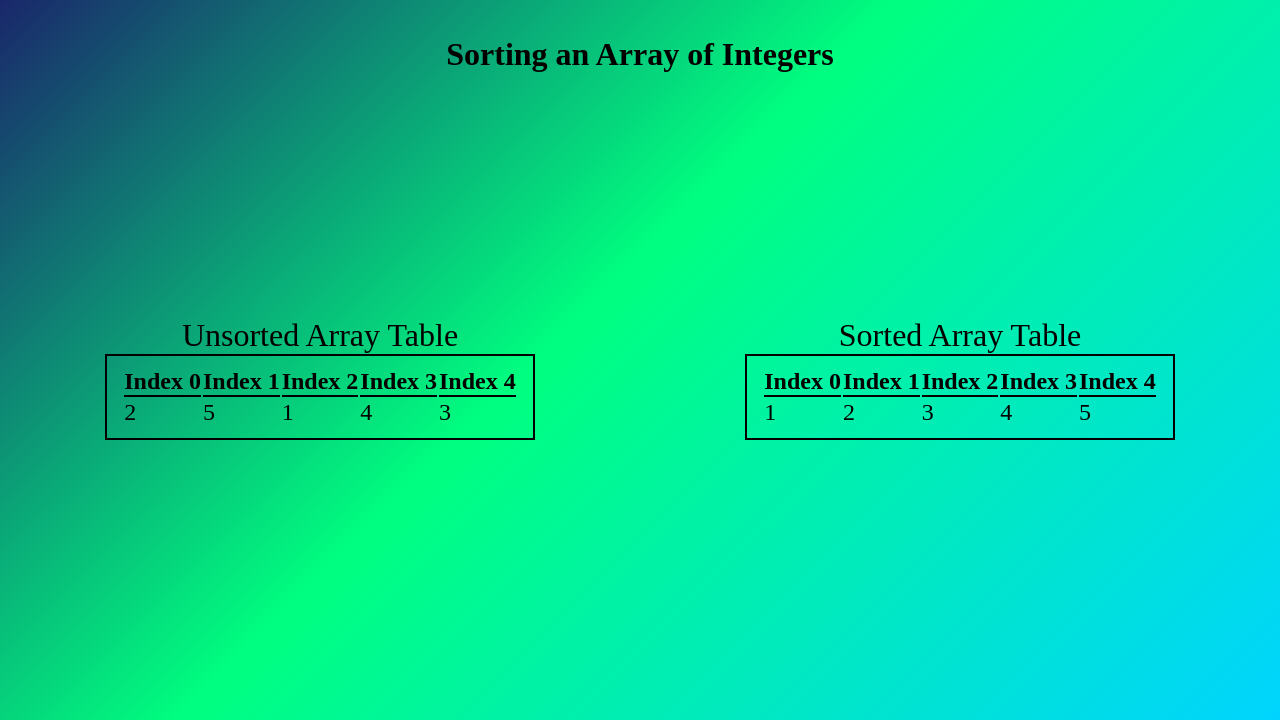
Repository: mlmEFSC21/P16-Sorting-Integers
Page: sort.html
The author's editor kept a copy of each file at every save. The page is drawn from the files as they stood at one save, then again after the next save.
The browser window is 1280 px wide. The pictures show the whole page.

Above is the page before, as saved 2022-03-24 18:29:03.

After the next save:
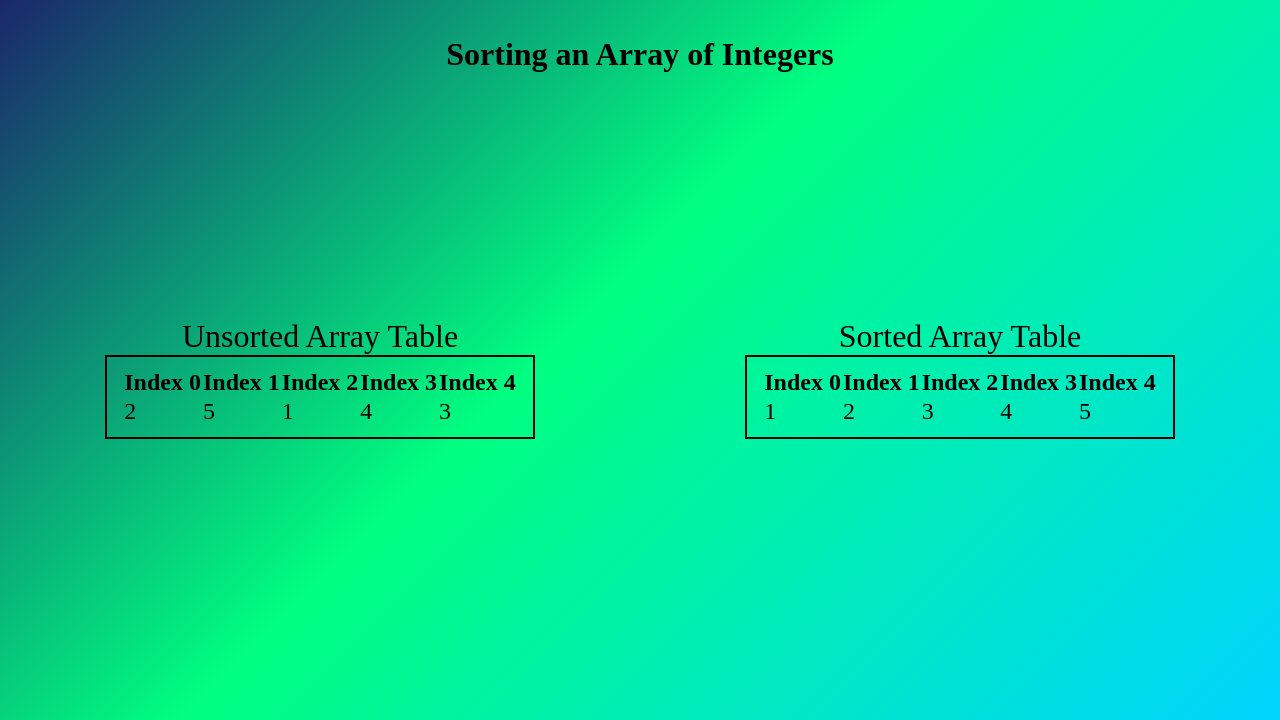
Saved 20 s later.
--- a/sort.css
+++ b/sort.css
@@ -44,6 +44,6 @@ table {
 caption {
     font-size: 2rem;
 }
-th {
+thead {
     border-bottom: 2px solid black;
 }
